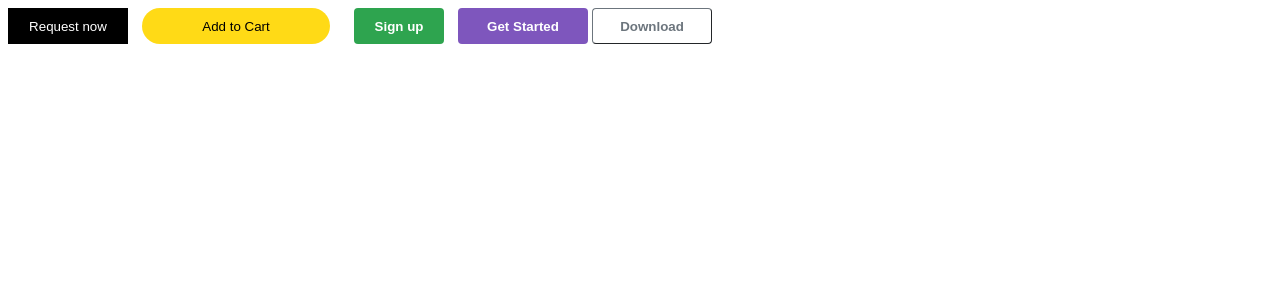
Repository: Kurumilli/Youtube
Page: Exercise3.html
These files come from the project's save history. The page is drawn as it stood at one moment and after the next save; the edit follows.
The browser window is 1280 px wide. The pictures show the whole page.

Above is the page before, as saved 2025-01-25 12:38:07.

After the next save:
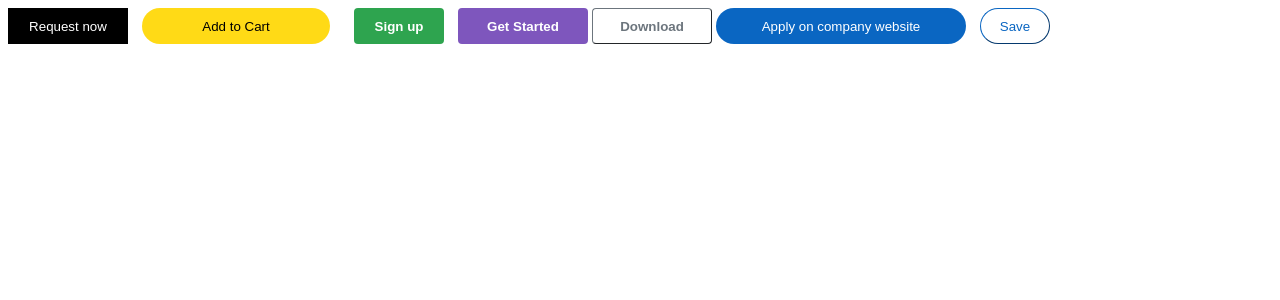
Saved 75 s later.
--- a/Exercise3.html
+++ b/Exercise3.html
@@ -83,6 +83,28 @@
                     color: white;
                 }
 
+                .linkedin{
+                background-color: rgb(10,102,194);
+                color: white;
+                height: 36px;
+                width: 250px;
+                border: none;
+                cursor: pointer;
+                border-radius: 18px;
+                margin-right: 10px;
+            }
+
+            .linkedin2q{
+                background-color: white;
+                color:rgb(10,102,194);
+                height: 36px;
+                width: 70px;
+                cursor: pointer;
+                border-radius: 18px;
+                border-color:rgb(10,102,194) ;
+                border-width: 1px;
+                margin-right: 90px;
+            }
          </style>
          <button class="uber">
             Request now
@@ -103,5 +125,13 @@
         <button class="bootstrap2d">
             Download
         </button>
+
+        <button class="linkedin">
+            Apply on company website
+        </button>
+
+        <button class="linkedin2q">
+            Save
+        </button>
      </body>
 </html>
